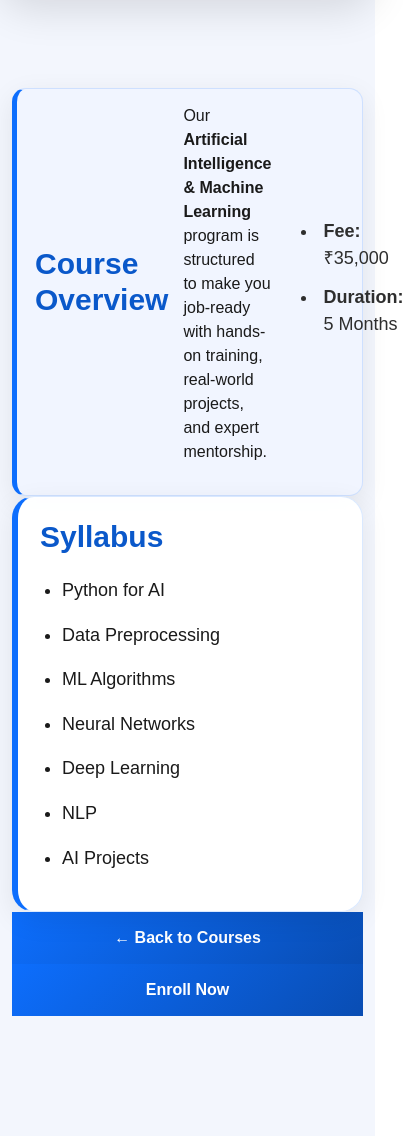
Repository: Aswin74k/project-2
Page: /course/aiml
These files come from the project's save history. The page is drawn as it stood at one moment and after the next save; the edit follows.
The browser window is 375 px wide. The page is 403 px wide, so the pictures cover 403 px, including what lies to the right of the window. The pictures show the part of the page from y = 250 to 1459 px (the page is 1386 px tall before and 1459 px after).
The project was rebuilt for these pictures with package versions that can differ from the ones it lists, and the page was loaded fresh each time. Also part of the build but not shown: vite.config.js, src/project/Home.css, src/project/Home.jsx, src/project/About.css, src/project/About.jsx, src/project/Contact.jsx.

Above is the page before, as saved 2025-12-16 15:04:52.

After the next save:
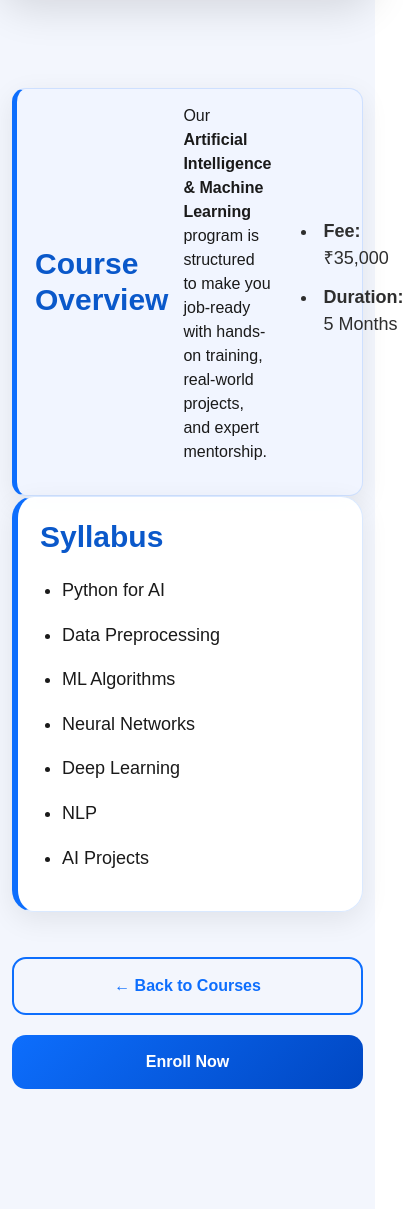
Saved 85 s later.
--- a/src/project/course.css
+++ b/src/project/course.css
@@ -213,3 +213,57 @@
 .enroll-btn-header:hover {
   background: #0056d6;
 }
+
+/* ==============================
+   COURSE ACTION BUTTONS (BOTTOM)
+============================== */
+.course-actions {
+  display: flex;
+  justify-content: space-between;
+  gap: 20px;
+  margin-top: 45px;
+}
+
+.back-btn-content {
+  flex: 1;
+  padding: 15px;
+  border-radius: 14px;
+  border: 2px solid #0d6efd;
+  background: transparent;
+  color: #0d6efd;
+  font-size: 16px;
+  font-weight: 600;
+  cursor: pointer;
+  transition: 0.3s ease;
+}
+
+.back-btn-content:hover {
+  background: #0d6efd;
+  color: #ffffff;
+  transform: translateY(-2px);
+}
+
+.enroll-btn-content {
+  flex: 1;
+  padding: 15px;
+  border-radius: 14px;
+  border: none;
+  background: linear-gradient(135deg, #0d6efd, #0047c2);
+  color: #ffffff;
+  font-size: 16px;
+  font-weight: 600;
+  cursor: pointer;
+  transition: 0.3s ease;
+}
+
+.enroll-btn-content:hover {
+  transform: translateY(-2px);
+  box-shadow: 0 14px 35px rgba(13, 110, 253, 0.45);
+}
+
+/* Mobile Responsive */
+@media (max-width: 600px) {
+  .course-actions {
+    flex-direction: column;
+  }
+}
